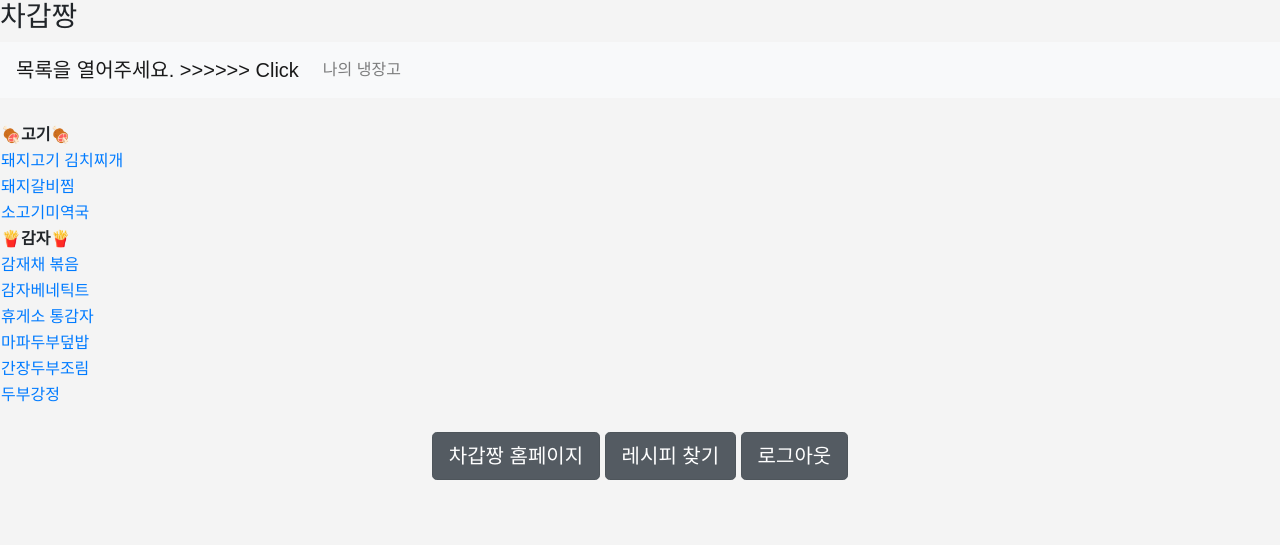
Repository: yousunning/coldzzang-miniproject
Page: http://localhost/cold/WEB-INF/views/dobo.jsp
The author's editor kept a copy of each file at every save. The page is drawn from the files as they stood at one save, then again after the next save.
The browser window is 1280 px wide. The pictures show the whole page.
The page is served by Tomcat 9. Nobody is signed in. The template is opened directly, without the code that normally fills it, so the values that code supplies are empty.

Above is the page before, as saved 2024-01-23 07:30:39.

After the next save:
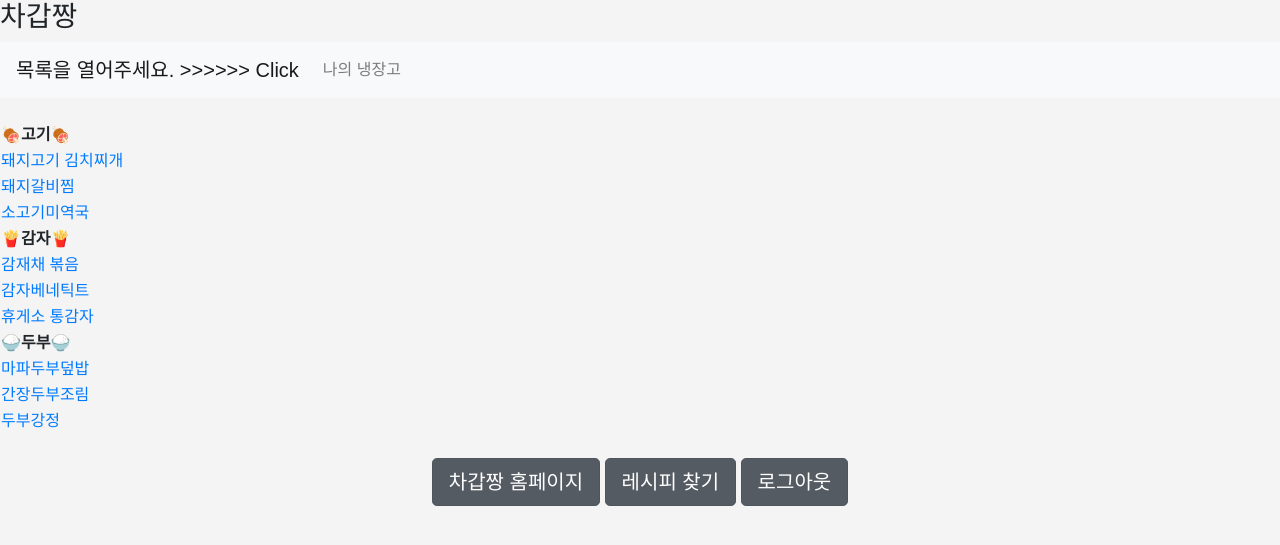
Saved 80 s later.
--- a/cold/src/main/webapp/WEB-INF/views/dobo.jsp
+++ b/cold/src/main/webapp/WEB-INF/views/dobo.jsp
@@ -62,7 +62,8 @@
   <tr>
     <td><a href="https://www.10000recipe.com/recipe/6830079" role="button" aria-pressed="true">휴게소 통감자</a></td>
   </tr>
-
+  <tr>
+  <th>🍚두부🍚</th>
   <tr>
   <td><a href ="https://www.10000recipe.com/recipe/6830294" role="button" aria-pressed="ture">마파두부덮밥</a></td>
   </tr>
